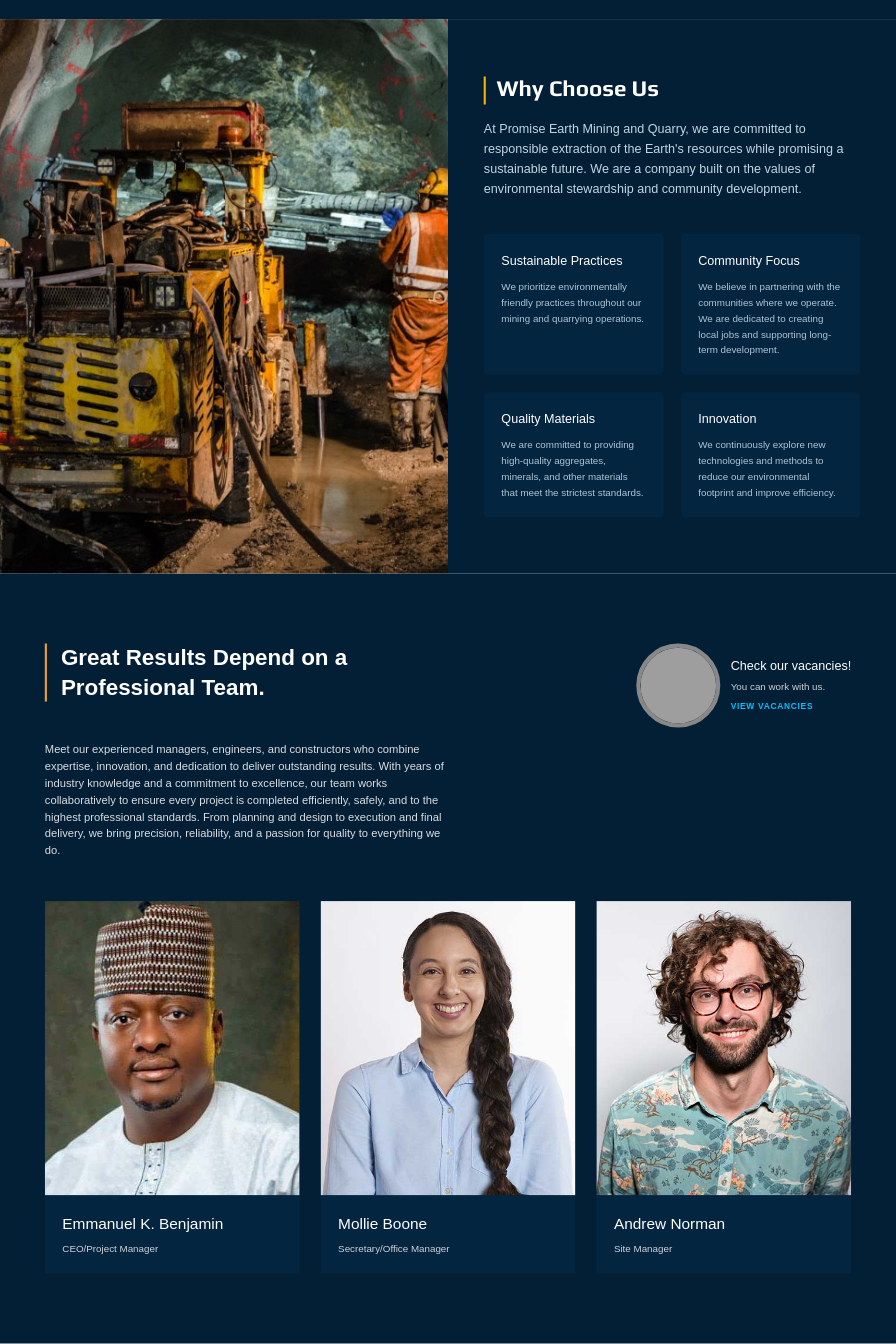
Repository: KC-Minchakpu/promise-earth
Page: /
The author's editor kept a copy of each file at every save. The page is drawn from the files as they stood at one save, then again after the next save.
The browser window is 1280 px wide. The pictures show the part of the page from y = 2555 to 4475 px (the page is 4475 px tall before and 4427 px after), at 70% of full size.
Pictures or frames that could not be fetched are drawn as grey boxes. The project was rebuilt for these pictures with package versions that can differ from the ones it lists, and the page was loaded fresh each time. The framework's server and built-in components were replaced by stand-ins that run in the browser. Also part of the build but not shown: next.config.ts.

Above is the page before, as saved 2026-02-26 17:14:12.

### src/app/layout.tsx
import type { Metadata } from "next";
import { Play, Poppins } from "next/font/google";
import "./globals.css";
import Header from "@/components/Header/Header";

const play = Play({
  variable: "--font-play",
  subsets: ["latin"],
  weight: ["400", "700"],
});

const poppins = Poppins({
  variable: "--font-poppins",
  subsets: ["latin"],
  weight: ["300", "400", "500", "600", "700"],
});

export const metadata: Metadata = {
  title: "Create Next App",
  description: "Generated by create next app",
};

export default function RootLayout({
  children,
}: Readonly<{
  children: React.ReactNode;
}>) {
  return (
    <html lang="en">
      <body
        className={`${play.variable} ${poppins.variable} antialiased`}
      >
        <Header />
        {children}
      </body>
    </html>
  );
}

### src/app/page.tsx
import AboutUsSection from "@/components/About/AboutUsSection";
import Hero from "@/components/Hero/Hero";
import ServicesSection from "@/components/Services/ServicesSection";
import TeamSection from "@/components/TeamSection/TeamSection";
import WhyChooseUs from "@/components/WhyChooseUs/WhyChooseUs";


export default function Home() {
  return (
   <>
    <Hero />
    <AboutUsSection />
    <ServicesSection />
    <WhyChooseUs />
    <TeamSection />
  </>
  );
}

### src/app/globals.css
@import "tailwindcss";

:root {
  --background: #ffffff;
  --foreground: #171717;
}


@media (prefers-color-scheme: dark) {
  :root {
    --background: #0a0a0a;
    --foreground: #ededed;
  }
}

body {
  background: var(--background);
  color: var(--foreground);
  font-family: Arial, Helvetica, sans-serif;
}

### src/components/About/AboutUsSection.tsx
// components/AboutUsSection.tsx
"use client";

import Image from "next/image";
import styles from "./AboutUsSection.module.css";

const AboutUsSection = () => {
  return (
    <section className={styles.aboutSection}>
      <div className={styles.container}>
        {/* Left Image */}
        <div className={styles.imageWrapper}>
          <Image
            src="/images/about-1.png"
            alt="Earth Moving Vehicle"
            width={400}
            height={400}
            className={styles.image}
          />
        </div>

        {/* Right Content */}
        <div className={styles.content}>
          <h2 className={styles.heading}>
            <span className={styles.highlight}>|</span> About Us.
          </h2>
          <h2 className={styles.heading}>
            We are committed to responsible extraction of the Earth&apos;s resources
          </h2>
          <p className={styles.description}>
            We prioritize environmentally friendly practices throughout our mining and quarrying operations. This includes minimizing waste, land reclamation, and utilizing innovative technologies to reduce our impact.
          </p>
          <p className={styles.description}>
            We believe in partnering with the communities where we operate. We are dedicated to creating local jobs, supporting local businesses, and contributing to the social and economic well-being of the region.
          </p>

          {/* Stats */}
          <div className={styles.stats}>
            <div className={styles.statItem}>
              <span className={styles.statNumber}>3000+</span>
              <span className={styles.statLabel}>Satisfied clients</span>
            </div>
            <div className={styles.statItem}>
              <span className={styles.statNumber}>60k+</span>
              <span className={styles.statLabel}>Sq ft built</span>
            </div>
            <div className={styles.statItem}>
              <span className={styles.statNumber}>25</span>
              <span className={styles.statLabel}>Years Experience</span>
            </div>
          </div>
        </div>
      </div>
    </section>
  );
};

export default AboutUsSection;

### src/components/Hero/Hero.tsx
"use client";

import Image from "next/image";
import Link from "next/link";
import styles from "./Hero.module.css";

const Hero = () => {
  return (
    <section className={styles.hero}>
      {/* Background Image */}
      <Image
        src="/images/hero.jpg"
        alt="Earth moving Vehicle"
        fill
        priority
        className={styles.backgroundImage}
      />

      {/* Overlay */}
      <div className={styles.overlay}></div>

      {/* Content */}
      <div className={styles.content}>
        <h1 className={styles.heading}>
          We Deliver High-Quality
          <br />
           Projects<span className={styles.highlight}>.</span>
        </h1>

        <div className={styles.buttons}>
          <Link href="/contact" className={styles.primaryBtn}>
            REQUEST A QUOTE
          </Link>

          <Link href="/about" className={styles.secondaryBtn}>
            LEARN MORE
          </Link>
        </div>
      </div>
    </section>
  );
};

export default Hero;

### src/components/Services/ServicesSection.tsx
"use client";

import Image from "next/image";
import styles from "./ServicesSection.module.css";

interface Service {
  title: string;
  description: string;
  image: string;
}

const services: Service[] = [
    {
    title: "Mining",
    description:
      "Nigeria boasts a wealth of mineral resources, but its mining industry contributes a relatively small portion to the overall economy.",
    image: "/images/services-1.png",
  },
  {
    title: "Quarrying",
    description:
      "We provide building stone (granite, marble, etc.), gravel, sand, or slate. You can contact us for this service.",
    image: "/images/services-2.jpg",
  },
  {
    title: "Excavation & Construction",
    description:
      "Excavation is more than just removing dirt. It's the essential first step in many construction projects.",
    image: "/images/services-3.jpg",
  },
];

export default function ServicesSection() {
  return (
    <section className={styles.section}>
      <div className={styles.container}>
        <div className={styles.header}>
          <h2>
            <span className={styles.accent}></span>
            We Deliver the Best Services <br /> in Mining & Construction.
          </h2>
          <p>
            Our team provides expert services in different fields of construction. With decades of
            combined industry experience, we specialize in delivering safe, efficient, and high-quality
            mining and construction solutions tailored to meet the unique needs of each project.
            From large-scale excavation and quarrying operations to infrastructure development
            and material supply, we are committed to excellence, sustainability, and precision
            at every stage. Our skilled engineers, operators, and project managers work collaboratively
            to ensure timely delivery, cost-effectiveness, and strict adherence to safety and
            environmental standards.
          </p>
        </div>

        <div className={styles.grid}>
          {services.map((service, index) => (
            <div key={index} className={styles.card}>
              <div className={styles.imageWrapper}>
                <Image
                  src={service.image}
                  alt={service.title}
                  fill
                  className={styles.image}
                />
              </div>

              <div className={styles.content}>
                <h3>{service.title}</h3>
                <p>{service.description}</p>
                <a href="#" className={styles.learnMore}>
                  Learn More →
                </a>
              </div>
            </div>
          ))}
        </div>
      </div>
    </section>
  );
}

### src/components/TeamSection/TeamSection.tsx
import Image from "next/image";
import styles from "./TeamSection.module.css";

interface TeamMember {
  name: string;
  role: string;
  image: string;
}

const team: TeamMember[] = [
  {
    name: "Emmanuel K. Benjamin",
    role: "CEO/Project Manager",
    image: "/images/team-1.jpg",
  },
  {
    name: "Mollie Boone",
    role: "Secretary/Office Manager",
    image: "/images/team-2.jpg",
  },
  {
    name: "Andrew Norman",
    role: "Site Manager",
    image: "/images/team-3.jpg",
  },
];

export default function TeamSection() {
  return (
    <section className={styles.teamSection}>
      <div className={styles.container}>
        {/* Header */}
        <div className={styles.header}>
          <div className={styles.titleWrapper}>
            <span className={styles.accentBar}></span>
            <h2>
              Great Results Depend on a <br />
              <span>Professional Team.</span>
            </h2>
          </div>

          <div className={styles.vacancyBox}>
            <div className={styles.vacancyImage}>
              <Image
                src="/images/vacancy.jpg"
                alt="Vacancy"
                fill
                className={styles.roundImage}
              />
            </div>
            <div>
              <h4>Check our vacancies!</h4>
              <p>You can work with us.</p>
              <a href="#">VIEW VACANCIES</a>
            </div>
          </div>
        </div>

        {/* Subtitle */}
        <p className={styles.subtitle}>
          Meet our experienced managers, engineers, and constructors who combine expertise,
          innovation, and dedication to deliver outstanding results. With years of industry
          knowledge and a commitment to excellence, our team works collaboratively to ensure
          every project is completed efficiently, safely, and to the highest professional standards.
          From planning and design to execution and final delivery, we bring precision, reliability,
          and a passion for quality to everything we do.
        </p>

        {/* Team Grid */}
        <div className={styles.grid}>
          {team.map((member, index) => (
            <div key={index} className={styles.card}>
              <div className={styles.imageWrapper}>
                <Image
                  src={member.image}
                  alt={member.name}
                  fill
                  className={styles.image}
                />
              </div>

              <div className={styles.cardContent}>
                <h3>{member.name}</h3>
                <p>{member.role}</p>
              </div>
            </div>
          ))}
        </div>
      </div>
    </section>
  );
}

### src/components/WhyChooseUs/WhyChooseUs.tsx
"use client";

import Image from "next/image";
import styles from "./WhyChooseUs.module.css";

interface Feature {
  title: string;
  description: string;
}

const features: Feature[] = [
  {
    title: "Sustainable Practices",
    description:
      "We prioritize environmentally friendly practices throughout our mining and quarrying operations.",
  },
  {
    title: "Community Focus",
    description:
      "We believe in partnering with the communities where we operate. We are dedicated to creating local jobs and supporting long-term development.",
  },
  {
    title: "Quality Materials",
    description:
      "We are committed to providing high-quality aggregates, minerals, and other materials that meet the strictest standards.",
  },
  {
    title: "Innovation",
    description:
      "We continuously explore new technologies and methods to reduce our environmental footprint and improve efficiency.",
  },
];

export default function WhyChooseUs() {
  return (
    <section className={styles.section}>
      {/* Left Image */}
      <div className={styles.imageContainer}>
        <Image
          src="/images/about-3.jpg"
          alt="Mining Site"
          fill
          className={styles.image}
        />
      </div>

      {/* Right Content */}
      <div className={styles.content}>
        <div className={styles.inner}>
          <h2>
            <span className={styles.accent}></span>
            Why Choose Us
          </h2>

          <p className={styles.intro}>
            At Promise Earth Mining and Quarry, we are committed to responsible extraction of the
            Earth&apos;s resources while promising a sustainable future. We are a company built on the
            values of environmental stewardship and community development.
          </p>

          <div className={styles.grid}>
            {features.map((feature, index) => (
              <div key={index} className={styles.card}>
                <h3>{feature.title}</h3>
                <p>{feature.description}</p>
              </div>
            ))}
          </div>
        </div>
      </div>
    </section>
  );
}

### src/components/About/AboutUsSection.module.css
/* components/AboutUsSection.module.css */

.aboutSection {
  background-color: #031f35;
  padding: 80px 20px;
  color: #ffffff;
}

.container {
  display: flex;
  align-items: center;
  justify-content: center;
  gap: 60px;
  max-width: 1200px;
  margin: 0 auto;
  flex-wrap: wrap;
}

.imageWrapper {
  flex: 1 1 400px;
}

.image {
  border: 5px solid #3b4f63;
  border-radius: 8px;
  width: 100%;
  height: auto;
  object-fit: cover;
}

.content {
  flex: 1 1 500px;
}

.heading {
  font-size: 2rem;
  font-weight: 700;
  font-family: "Play", sans-serif;
  margin-bottom: 20px;
  display: flex;
  align-items: center;
}

.highlight {
  color: #ffa800;
  margin-right: 10px;
}

.description {
  font-size: 1rem;
  line-height: 1.7;
  margin-bottom: 15px;
  color: #cfd8e0;
}

.stats {
  display: flex;
  gap: 40px;
  margin-top: 30px;
  flex-wrap: wrap;
}

.statItem {
  display: flex;
  flex-direction: column;
  align-items: flex-start;
}

.statNumber {
  font-size: 1.8rem;
  font-weight: 700;
  color: #ffa500;
}

.statLabel {
  font-size: 0.9rem;
  color: #cfd8e0;
  margin-top: 5px;
}

### src/components/Hero/Hero.module.css
.hero {
  position: relative;
  width: 100%;
  height: 100vh;
  min-height: 650px;
  display: flex;
  align-items: center;
  overflow: hidden;
}

/* Background Image */
.backgroundImage {
  object-fit: cover;
  z-index: 1;
}

/* Blue Gradient Overlay */
.overlay {
  position: absolute;
  inset: 0;
  background: linear-gradient(
    180deg,
    rgba(0, 0, 0, 0.6) 0%,
    rgba(0, 0, 0, 0.3) 50%,
    rgba(0, 0, 0, 0.6) 100%
  );
  z-index: 2;
}

/* Content */
.content {
  position: relative;
  z-index: 3;
  max-width: 1200px;
  margin: 0 auto;
  padding: 0 40px;
  color: white;
}

/* Heading */
.heading {
  font-size: 54px;
  font-weight: 800;
  line-height: 1.15;
  letter-spacing: -1px;
  margin-bottom: 40px;
  max-width: 700px;
}

.highlight {
  color: #ffb400;
}

/* Buttons */
.buttons {
  display: flex;
  gap: 20px;
}

.primaryBtn {
  background: #ffb400;
  color: #222222;
  padding: 16px 32px;
  border-radius: 8px;
  font-weight: 700;
  text-decoration: none;
  transition: all 0.3s ease;
}

.primaryBtn:hover {
  background: #e6a200;
  transform: translateY(-3px);
}

.secondaryBtn {
  border: 2px solid #ffffff;
  color: #ffffff;
  padding: 16px 32px;
  border-radius: 8px;
  font-weight: 600;
  text-decoration: none;
  transition: all 0.3s ease;
}

.secondaryBtn:hover {
  background: rgba(255, 255, 255, 0.1);
  transform: translateY(-3px);
}

/* Responsive */

@media (max-width: 1024px) {
  .heading {
    font-size: 48px;
  }
}

@media (max-width: 768px) {
  .hero {
    height: 85vh;
  }

  .heading {
    font-size: 36px;
  }

  .buttons {
    flex-direction: column;
    gap: 15px;
  }

  .primaryBtn,
  .secondaryBtn {
    width: fit-content;
  }
}

### src/components/Services/ServicesSection.module.css
.section {
  background-color: #031f35;
  padding: 100px 8%;
  color: white;
}

.container {
  max-width: 1400px;
  margin: 0 auto;
}

/*  HEADER  */

.header {
  max-width: 800px;
  margin-bottom: 70px;
}

.header h2 {
  font-size: 2rem;
  font-weight: 700;
  font-family: "Play", sans-serif;
  line-height: 1.2;
  position: relative;
}

.accent {
  display: inline-block;
  width: 3px;
  height: 40px;
  background-color: #ffa800;
  margin-right: 15px;
  vertical-align: middle;
}

.header p {
  margin-top: 20px;
  font-size: 18px;
  color: #c4d6e2;
}

/*  GRID  */

.grid {
  display: grid;
  grid-template-columns: repeat(3, 1fr);
  gap: 35px;
}

/*  CARD  */

.card {
  background-color: #032540;
  border-radius: 6px;
  overflow: hidden;
  transition: transform 0.3s ease, box-shadow 0.3s ease;
}


/* IMAGE */

.imageWrapper {
  position: relative;
  width: 100%;
  height: 220px;
}

.image {
  object-fit: cover;
}

/* ================= CONTENT ================= */

.content {
  padding: 30px;
}

.content h3 {
  font-size: 22px;
  margin-bottom: 15px;
}

.content p {
  color: #b0c6d6;
  line-height: 1.6;
  margin-bottom: 20px;
}

.learnMore {
  color: #2f748a;
  text-decoration: none;
  font-weight: 600;
  font-size: 14px;
}

/* ================= RESPONSIVE ================= */

@media (max-width: 1100px) {
  .grid {
    grid-template-columns: repeat(2, 1fr);
  }
}

@media (max-width: 600px) {
  .grid {
    grid-template-columns: 1fr;
  }

  .header h2 {
    font-size: 30px;
  }
}

### src/components/TeamSection/TeamSection.module.css
.teamSection {
  background-color: #031f35;
  padding: 100px 0;
  color: #ffffff;
}

.container {
  width: 90%;
  max-width: 1200px;
  margin: 0 auto;
}

.header {
  display: flex;
  justify-content: space-between;
  align-items: flex-start;
  gap: 40px;
  flex-wrap: wrap;
}

.titleWrapper {
  display: flex;
  gap: 20px;
}

.accentBar {
  width: 3px;
  background-color: #f4a024;
}

.titleWrapper h2 {
  font-size: 2rem;
  font-weight: 700;
  line-height: 1.3;
  font-family: "Play" sans-serif;
}

.titleWrapper span {
  color: #ffffff;
}

.subtitle {
  margin-top: 20px;
  margin-bottom: 60px;
  font-size: 16px;
  opacity: 0.85;
  width: 50%;
}

/* Vacancy box */
.vacancyBox {
  display: flex;
  align-items: center;
  gap: 15px;
}

.vacancyImage {
  position: relative;
  width: 120px;
  height: 120px;
  }

.roundImage {
  object-fit: cover;
  border-radius: 50%;
  border: 6px solid #888888;
}

.vacancyBox h4 {
  font-size: 18px;
  margin: 0;
}

.vacancyBox p {
  font-size: 14px;
  margin: 5px 0;
  opacity: 0.8;
}

.vacancyBox a {
  font-size: 12px;
  font-weight: 600;
  color: #00c2ff;
  text-decoration: none;
  letter-spacing: 1px;
}

/* Grid */
.grid {
  display: grid;
  grid-template-columns: repeat(3, 1fr);
  gap: 30px;
}

/* Card */
.card {
  background-color: #032540;
  overflow: hidden;
  transition: transform 0.3s ease;
}

.card:hover {
  transform: translateY(-8px);
}

.imageWrapper {
  position: relative;
  width: 100%;
  height: 420px;
}

.image {
  object-fit: cover;
}

.cardContent {
  padding: 25px;
}

.cardContent h3 {
  font-size: 22px;
  margin-bottom: 8px;
}

.cardContent p {
  font-size: 14px;
  opacity: 0.8;
}

/* Responsive */
@media (max-width: 1024px) {
  .grid {
    grid-template-columns: repeat(2, 1fr);
  }
}

@media (max-width: 768px) {
  .grid {
    grid-template-columns: 1fr;
  }

  .titleWrapper h2 {
    font-size: 32px;
  }

  .imageWrapper {
    height: 350px;
  }
}

### src/components/WhyChooseUs/WhyChooseUs.module.css
.section {
  display: flex;
  width: 100%;
  min-height: 650px;
}

/* LEFT IMAGE  */

.imageContainer {
  position: relative;
  flex: 1;
  min-height: 650px;
}

.image {
  object-fit: cover;
}

/*  RIGHT CONTENT  */

.content {
  flex: 1;
  background-color: #031f35;
  color: white;
  display: flex;
  align-items: center;
}

.inner {
  padding: 80px 8%;
  max-width: 650px;
}

/*  HEADER  */

.inner h2 {
  font-size: 2rem;
  font-weight: 700;
  line-height: 1.2;
  font-family: "Play", sans-serif;
}

.accent {
  display: inline-block;
  width: 3px;
  height: 40px;
  background-color: #f4b400;
  margin-right: 15px;
  vertical-align: middle;
}

.intro {
  margin-top: 20px;
  margin-bottom: 50px;
  font-size: 18px;
  color: #c4d6e2;
  line-height: 1.6;
}

/* 2x2 GRID */

.grid {
  display: grid;
  grid-template-columns: repeat(2, 1fr);
  gap: 25px;
}

.card {
  background-color: #032540;
  padding: 25px;
  border-radius: 6px;
  transition: all 0.3s ease;
}

.card h3 {
  font-size: 18px;
  margin-bottom: 12px;
}

.card p {
  font-size: 14px;
  color: #b0c6d6;
  line-height: 1.6;
}

/* RESPONSIVE */

@media (max-width: 1100px) {
  .section {
    flex-direction: column;
  }

  .imageContainer {
    height: 400px;
  }

  .inner {
    padding: 60px 8%;
  }
}

@media (max-width: 600px) {
  .grid {
    grid-template-columns: 1fr;
  }

  .inner h2 {
    font-size: 30px;
  }
}

Loaded but not shown: src/components/Header/Header.tsx (185 lines, source omitted); src/components/Header/Header.module.css (203 lines, source omitted)

After the next save:
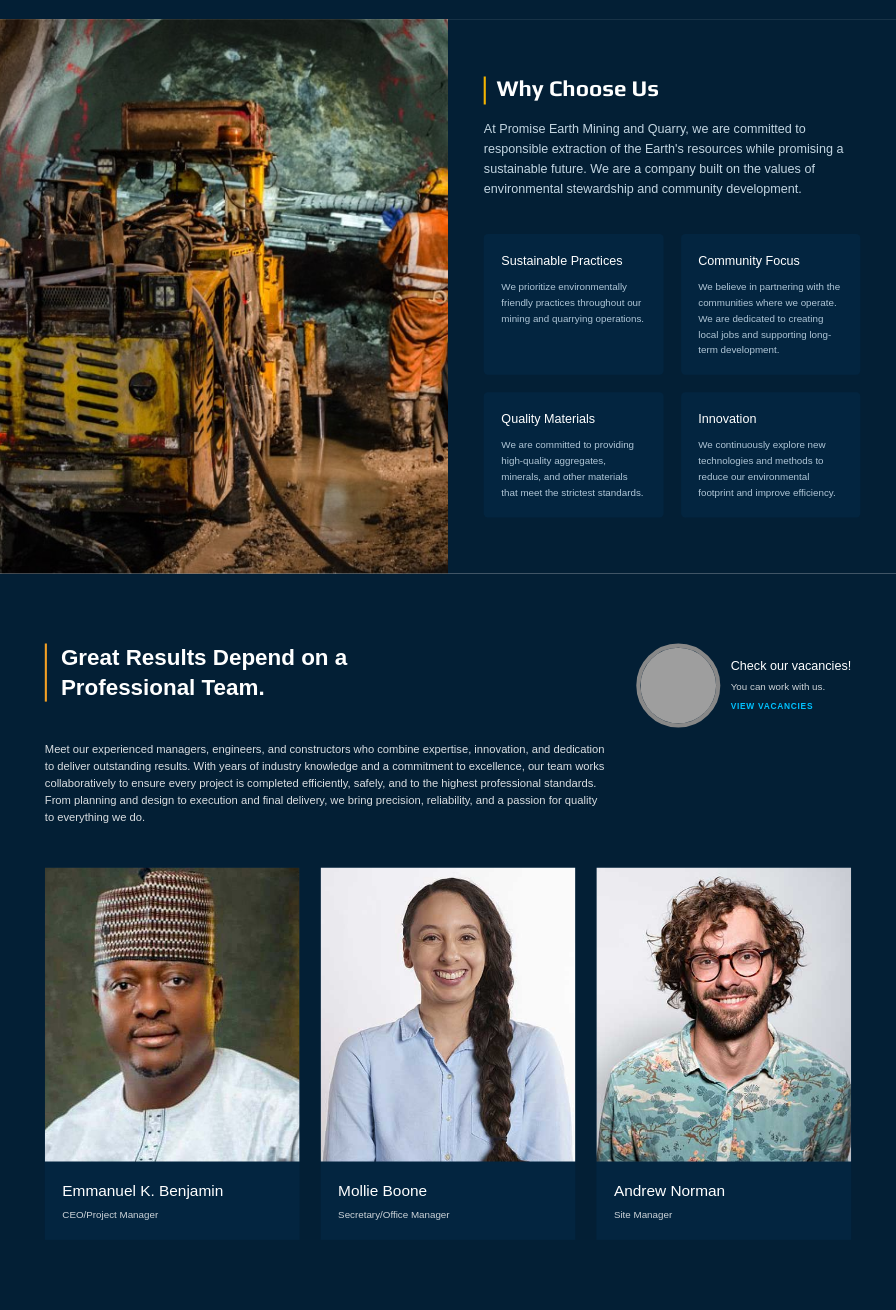
Saved 16 s later.
--- a/src/components/TeamSection/TeamSection.module.css
+++ b/src/components/TeamSection/TeamSection.module.css
@@ -44,7 +44,7 @@
   margin-bottom: 60px;
   font-size: 16px;
   opacity: 0.85;
-  width: 50%;
+  width: 70%;
 }
 
 /* Vacancy box */
